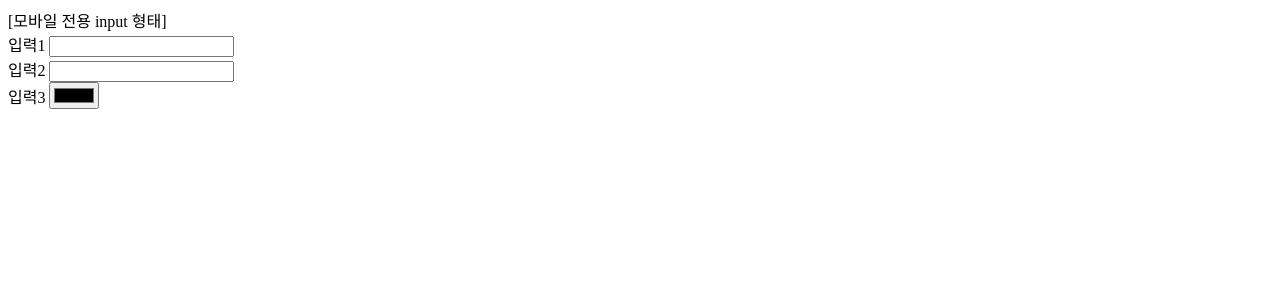
Repository: mnemion/BackendClass
Page: web/src/main/webapp/m/index.html
The author's editor kept a copy of each file at every save. The page is drawn from the files as they stood at one save, then again after the next save.
The browser window is 1280 px wide. The pictures show the whole page.

Above is the page before, as saved 2023-08-31 05:45:13.

### web/src/main/webapp/m/index.html
<!DOCTYPE html>
<html lang="ko">
<head>
<meta charset="UTF-8">
<meta name="viewport" content="width=device-width, initial-scale=1.0">
<title>모바일 전용 웹페이지</title>
</head>
<body>
[모바일 전용 input 형태]<br>
입력1 <input type="text"><br>		<!-- 일반 입력 (P, M) -->
입력2 <input type="number"><br>	<!-- 숫자만 입력 (M) -->
입력3 <input type="color"><br>	<!-- 색상선택 (P, M) -->
</body>
</html>

After the next save:
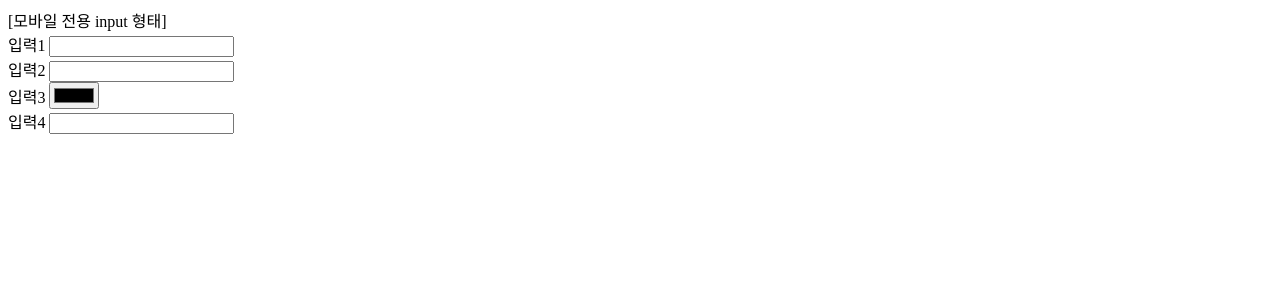
Saved 16 s later.
--- a/web/src/main/webapp/m/index.html
+++ b/web/src/main/webapp/m/index.html
@@ -10,5 +10,6 @@
 입력1 <input type="text"><br>		<!-- 일반 입력 (P, M) -->
 입력2 <input type="number"><br>	<!-- 숫자만 입력 (M) -->
 입력3 <input type="color"><br>	<!-- 색상선택 (P, M) -->
+입력4 <input type="tel"><br>
 </body>
 </html>
